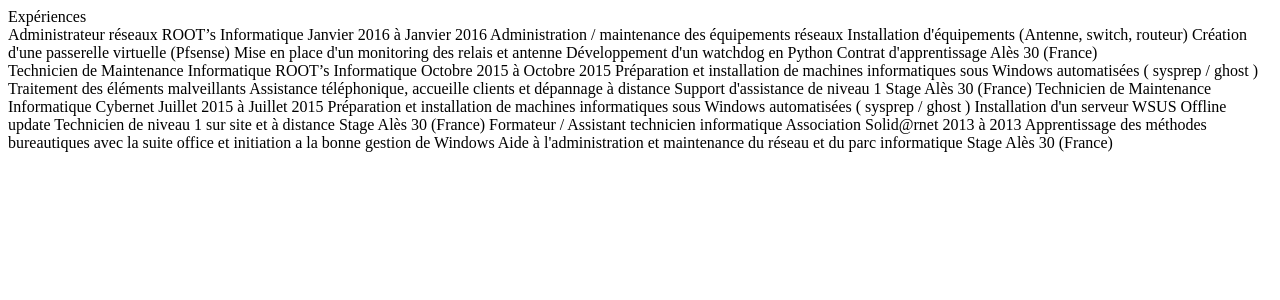
Repository: Nosra/openclassrooms_tuto
Page: tuto_htmlcss/MonCV/test.html
An editor plug-in stored every save of this project. The page is shown before and after the next save, followed by the edit.
The browser window is 1280 px wide. The pictures show the whole page.

Above is the page before, as saved 2016-07-21 17:39:02.

### tuto_htmlcss/MonCV/test.html
<div>
<header>
Expériences
</header>
<section>
Administrateur réseaux
ROOT’s Informatique
Janvier 2016 à Janvier 2016
Administration / maintenance des équipements réseaux
Installation d'équipements (Antenne, switch, routeur)
Création d'une passerelle virtuelle (Pfsense)
Mise en place d'un monitoring des relais et antenne
Développement d'un watchdog en Python
Contrat d'apprentissage Alès 30 (France)
</section>
Technicien de Maintenance Informatique
ROOT’s Informatique
Octobre 2015 à Octobre 2015
Préparation et installation de machines informatiques sous Windows automatisées ( sysprep / ghost )
Traitement des éléments malveillants
Assistance téléphonique, accueille clients et dépannage à distance
Support d'assistance de niveau 1
Stage Alès 30 (France)

Technicien de Maintenance Informatique
Cybernet
Juillet 2015 à Juillet 2015
Préparation et installation de machines informatiques sous Windows automatisées ( sysprep / ghost )
Installation d'un serveur WSUS Offline update
Technicien de niveau 1 sur site et à distance
Stage Alès 30 (France)

Formateur / Assistant technicien informatique
Association Solid@rnet
2013 à 2013
Apprentissage des méthodes bureautiques avec la suite office et
initiation a la bonne gestion de Windows
Aide à l'administration et maintenance du réseau et du parc informatique
Stage Alès 30 (France)
</div>

After the next save:
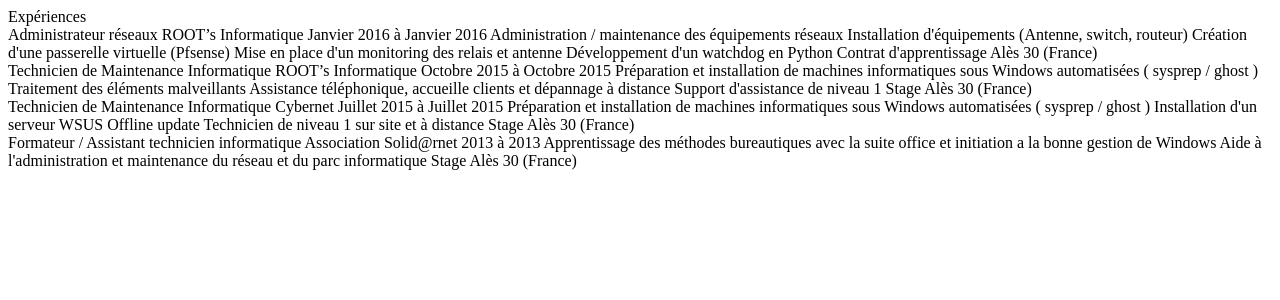
Saved 43 s later.
--- a/tuto_htmlcss/MonCV/test.html
+++ b/tuto_htmlcss/MonCV/test.html
@@ -12,7 +12,7 @@ Création d'une passerelle virtuelle (Pfsense)
 Mise en place d'un monitoring des relais et antenne
 Développement d'un watchdog en Python
 Contrat d'apprentissage Alès 30 (France)
-</section>
+</section><section>
 Technicien de Maintenance Informatique
 ROOT’s Informatique
 Octobre 2015 à Octobre 2015
@@ -21,7 +21,7 @@ Traitement des éléments malveillants
 Assistance téléphonique, accueille clients et dépannage à distance
 Support d'assistance de niveau 1
 Stage Alès 30 (France)
-
+</section><section>
 Technicien de Maintenance Informatique
 Cybernet
 Juillet 2015 à Juillet 2015
@@ -29,7 +29,7 @@ Préparation et installation de machines informatiques sous Windows automatisée
 Installation d'un serveur WSUS Offline update
 Technicien de niveau 1 sur site et à distance
 Stage Alès 30 (France)
-
+</section><section>
 Formateur / Assistant technicien informatique
 Association Solid@rnet
 2013 à 2013
@@ -37,4 +37,5 @@ Apprentissage des méthodes bureautiques avec la suite office et
 initiation a la bonne gestion de Windows
 Aide à l'administration et maintenance du réseau et du parc informatique
 Stage Alès 30 (France)
+</section>
 </div>
